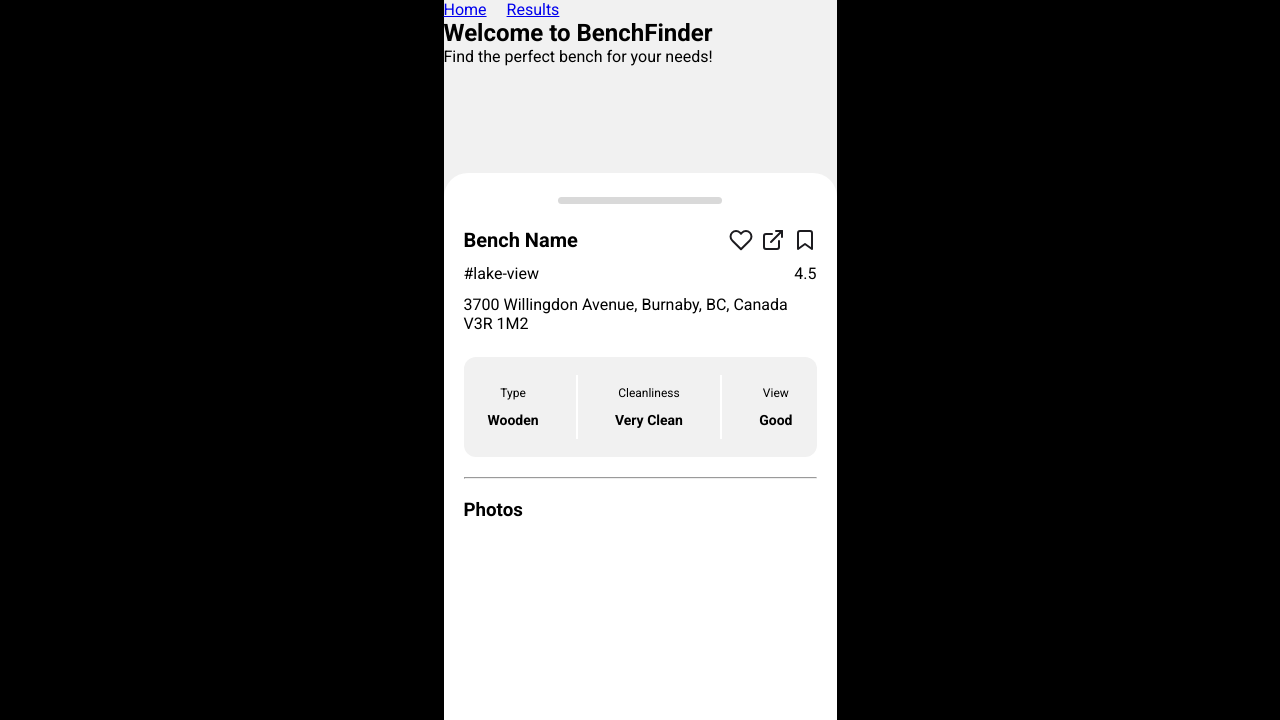
Repository: HidayatPatil/BenchFinder
Page: /
The author's editor kept a copy of each file at every save. The page is drawn from the files as they stood at one save, then again after the next save.
The browser window is 1280 px wide. The pictures show the whole page.
The project was rebuilt for these pictures with package versions that can differ from the ones it lists, and the page was loaded fresh each time. Also part of the build but not shown: vite.config.js, src/Results.jsx.

Above is the page before, as saved 2025-10-09 21:39:45.

After the next save:
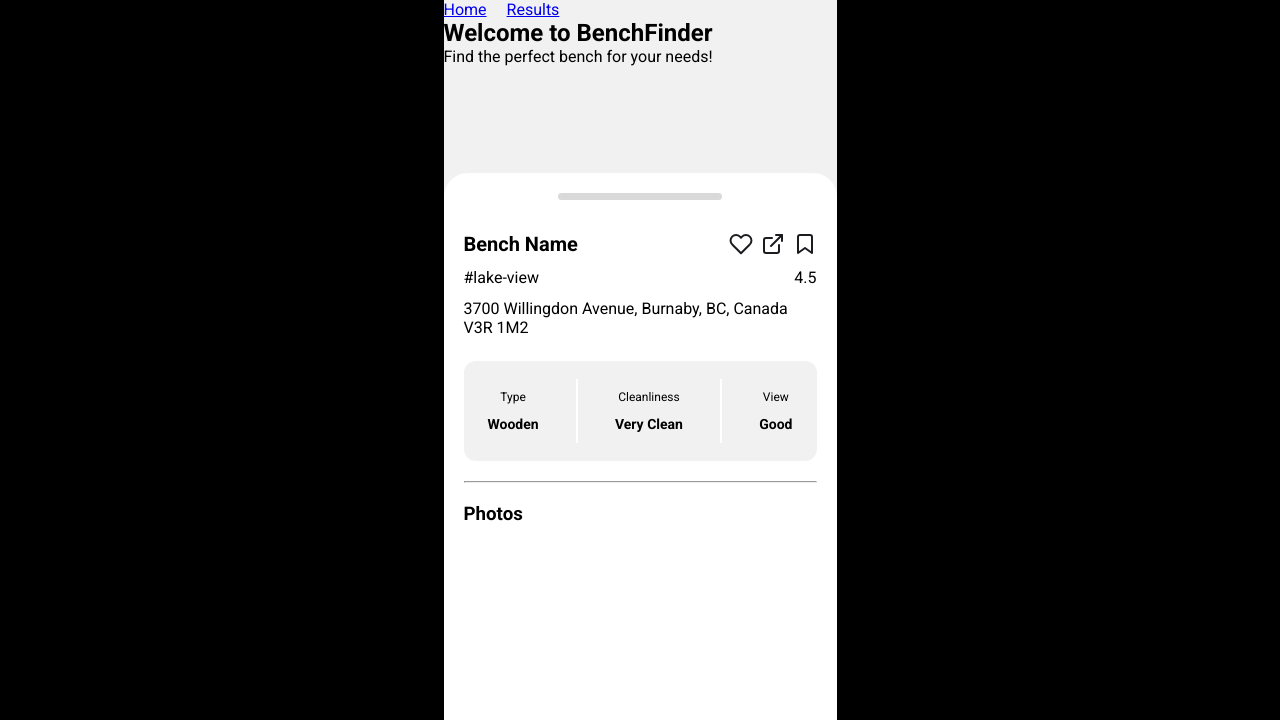
Saved 2 min 21 s later.
--- a/src/index.css
+++ b/src/index.css
@@ -51,7 +51,7 @@ body, html {
     height: 7px;
     border-radius: 100px;
     background-color: #D9D9D9;
-    margin: 24px auto;
+    margin: 20px auto 32px auto;
 }
 
 .bench_data {
